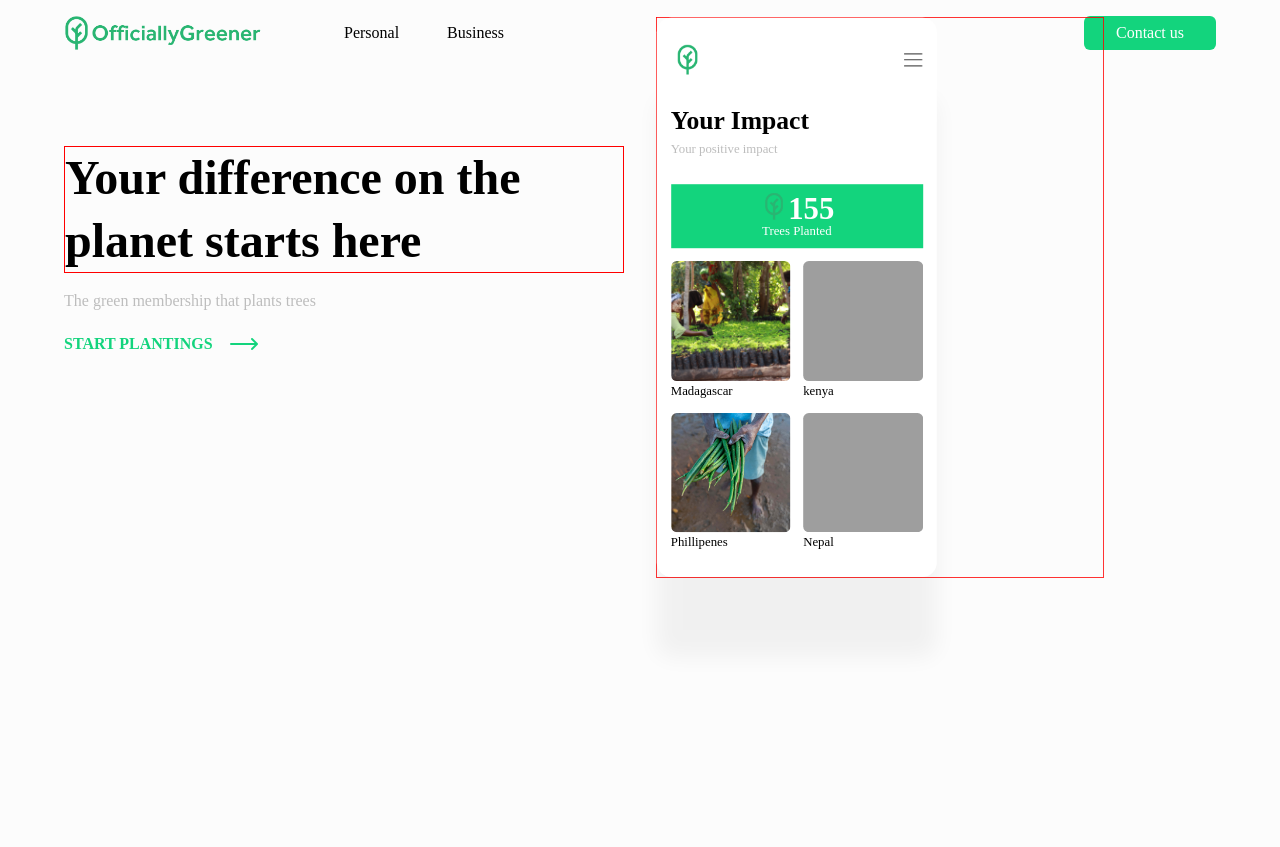
Repository: Sinkycode/Officially-Greener
Page: index.html
The author's editor kept a copy of each file at every save. The page is drawn from the files as they stood at one save, then again after the next save.
The browser window is 1280 px wide. The pictures show the whole page.
Pictures or frames that could not be fetched are drawn as grey boxes.

Above is the page before, as saved 2023-03-07 23:24:09.

### index.html
<!DOCTYPE html>
<html lang="en">
<head>
  <meta charset="UTF-8">
  <meta http-equiv="X-UA-Compatible" content="IE=edge">
  <meta name="viewport" content="width=device-width, initial-scale=1.0">
  <link rel="stylesheet" href="style.css">
  <title>Officially Greener</title>
</head>
<body>
  <div id="landing-page">
    <header>
      <img src="logo/Officially Greener Transparent background.png" alt="officially mobile logo" id="logo" width="200px">
      <ul class="nav-list">
        <li><a href="http://">Personal</a></li>
        <li><a href="http://">Business</a></li>
      </ul>
     <button class="btn">Contact us</button>
    </header>

    <div class="landing-page__container container">
      <div class="context">
        <h1 class="landing-page__big-txt">Your difference on the planet starts here</h1>
        <p class="landing-page__gray-para">The green membership that plants trees</p>
        <a href="#" class="direct-link">Start plantings<img src="images/icons8-right-arrow-60.png" alt=""></a>
      </div>

      <div class="mockup">
        <div class="phone">
         <div class="container">
          <div class="navigation">
            <img src="logo/officially logo mobile.png" alt="mockup logo" class="phone-logo">
            <img src="images/icons8-menu-rounded-50.png" alt="mockup bars" class="phone-bars">
          </div>
          <div class="wrapper">
            <h1 class="mockup-big-txt">Your Impact</h1>
            <p class="phone-gray-para">Your positive impact</p>
            <div class="tree-planted">
              <div class="rate">
                <img src="logo/officially logo mobile.png">
                <span>155</span>
              </div>
              <p>Trees Planted</p>
            </div>

            <div class="mockup-gallery">
              <div>
                <img src="images/Magagascar.jpg" alt="">
                <span>Madagascar</span>
              </div>
              <div>
                <img src="images/Kenya.jpg" alt="">
                <span>kenya</span>
              </div>
              <div>
                <img src="images/Phillipenes.jpg" alt="">
                <span>Phillipenes</span>
              </div>
              <div>
                <img src="images/Nepal.jpg" alt="">
                <span>Nepal</span>
              </div>

            </div>
          </div>
         </div>
        </div>
      </div>
    </div>
  </div>
</body>
</html>

### style.css
:root {
  --accent: rgb(19, 212, 125);
}

*, *::after, *::before {
  box-sizing: border-box;
  margin: 0;
  padding: 0;
}

html, body {
  font-family: 'effra';
  scroll-behavior: smooth;
  overflow-x: hidden;
}

body {
  line-height: 1.5;
  font-size: 16px;
  background-color:hsl(0, 0%, 99%);
}

/* CUSTOMIZATION */
img {
  max-width: 100%;
  display: block;
}

button, input {
  outline: none;
  border: none;
  /* background: transparent; */
  font-family: inherit;
  font-size: inherit;
  color: inherit;
}

ul, p {
  margin: 0;
  list-style: none;

}

a {
  text-decoration: none;
  color: inherit;
}

h1,h2,h3 {
  margin: 0;
}

.container {
  max-width: 90%;
  margin: 0 auto;
}

header {
  display: flex;
  align-items: center;
  gap: 5rem;
  padding-block: 1rem;
  max-width: 90%;
  margin: 0 auto;
  /* border: 1px solid red; */
}

.nav-list {
  display: flex;
  gap: 3rem;
}

header > *:last-child {
  margin-left: auto;
}

.btn {
  background-color: var(--accent);
  color: white;
  padding: .5rem 2rem;
  border-radius: 6px;
}

@media (min-width: 1200px) {
  .landing-page__container {
    /* border: 1px solid red; */
    padding-top: 5rem;
    display: grid;
    grid-template-columns: 1fr 1fr;
    gap: 2rem;
  }
}

.landing-page__big-txt {
  font-size: clamp(2rem, 1rem + 10vw, 3rem);
  line-height: 1.3;
  margin-bottom: 1rem;
  border: 1px solid red;
}

.phone-gray-para,
.landing-page__gray-para {
  color: rgb(189, 189, 189);
  margin-bottom: 1rem;
}

.direct-link {
  text-transform: uppercase;
  font-weight: bold;
  color: var(--accent);
  display: flex;
  align-items: center;
  gap: 1rem;
}

.direct-link img {
  width: 30px;
}

/* Mockup */

.mockup {
  transform: scale(.8);
  transform-origin: 0% -92%;
  border: 1px solid red;
}

.phone {
  background-color: white;
  max-width: 350px;
  border-radius: 18px;
  padding-block: 2rem;
  box-shadow: 0px 100px 28px rgba(0, 0, 0, 0.047);
}

.mockup .navigation {
  display: flex;
  align-items: center;
  justify-content: space-between;
  margin-bottom: 2rem;
}

.phone-logo {
  max-width: 40px;
}
.phone-bars {
  max-width: 25px;
}

.mockup-big-txt {
  font-size: 2rem;
  font-weight: bold;
}

.phone-gray-para {
  margin-bottom: 2rem;
}

.tree-planted {
  display: block;
  min-height: 80px;
  padding-block: .5rem;
  background-color: var(--accent);
  color: white;
  display: flex;
  flex-direction: column;
  align-items: center;
  justify-content: center;
  margin-bottom: 1rem;
  line-height: initial !important;
}

.tree-planted .rate {
  display: flex;
  align-items: center;
  transform: scale(1.2);
}

.tree-planted .rate img {
  max-width: 30px;
  align-self: flex-start;
}

.tree-planted .rate span {
  align-self: flex-end;
  font-size: 2rem;
  font-weight: bold;
}
.mockup-gallery {
  display: grid;
  grid-template-columns: repeat(2, 1fr);
  gap: 1rem;
}

.mockup-gallery img {
  width: 100%;
  aspect-ratio: 1 / 1;
  object-fit: cover;
  border-radius: 7px;
}

After the next save:
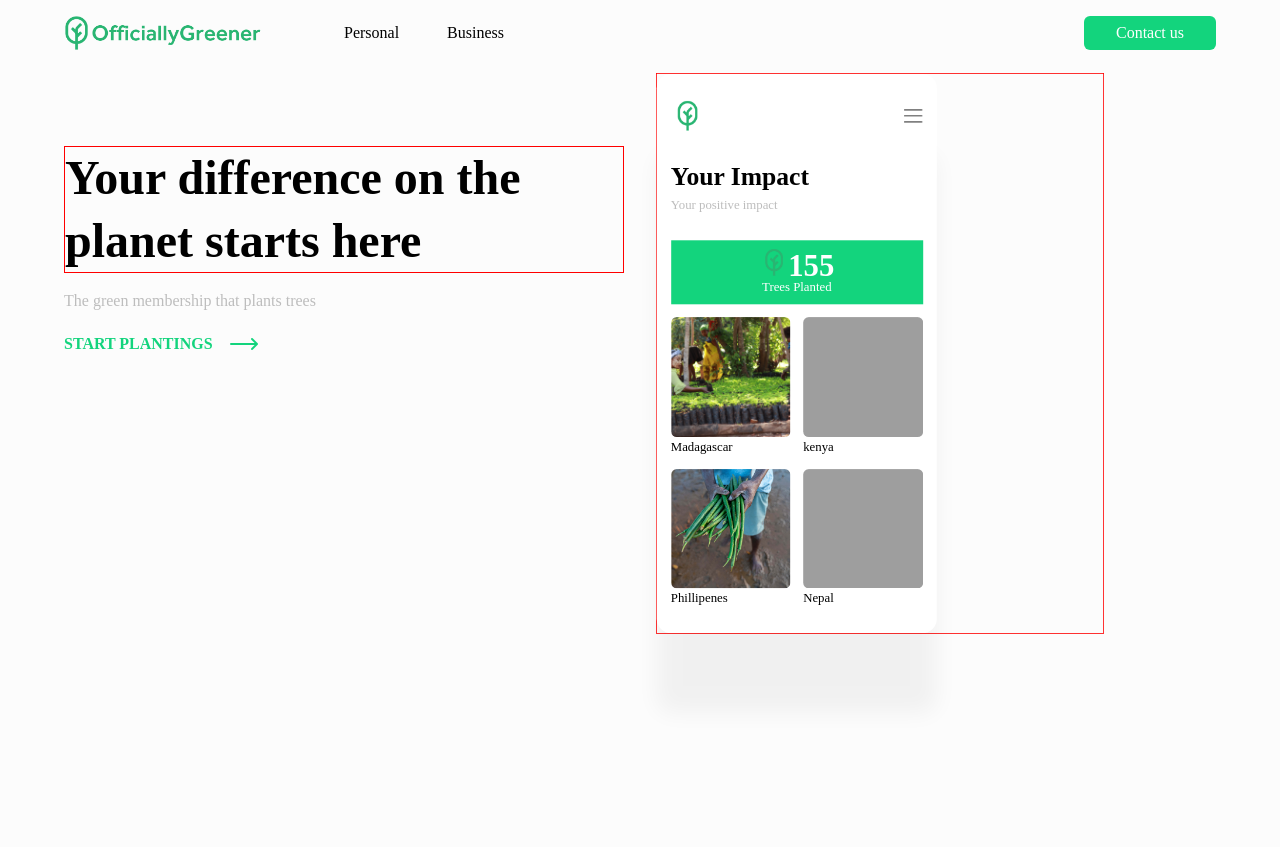
Saved 5 s later.
--- a/style.css
+++ b/style.css
@@ -121,7 +121,7 @@
 
 .mockup {
   transform: scale(.8);
-  transform-origin: 0% -92%;
+  transform-origin: 0% -52%;
   border: 1px solid red;
 }
 
